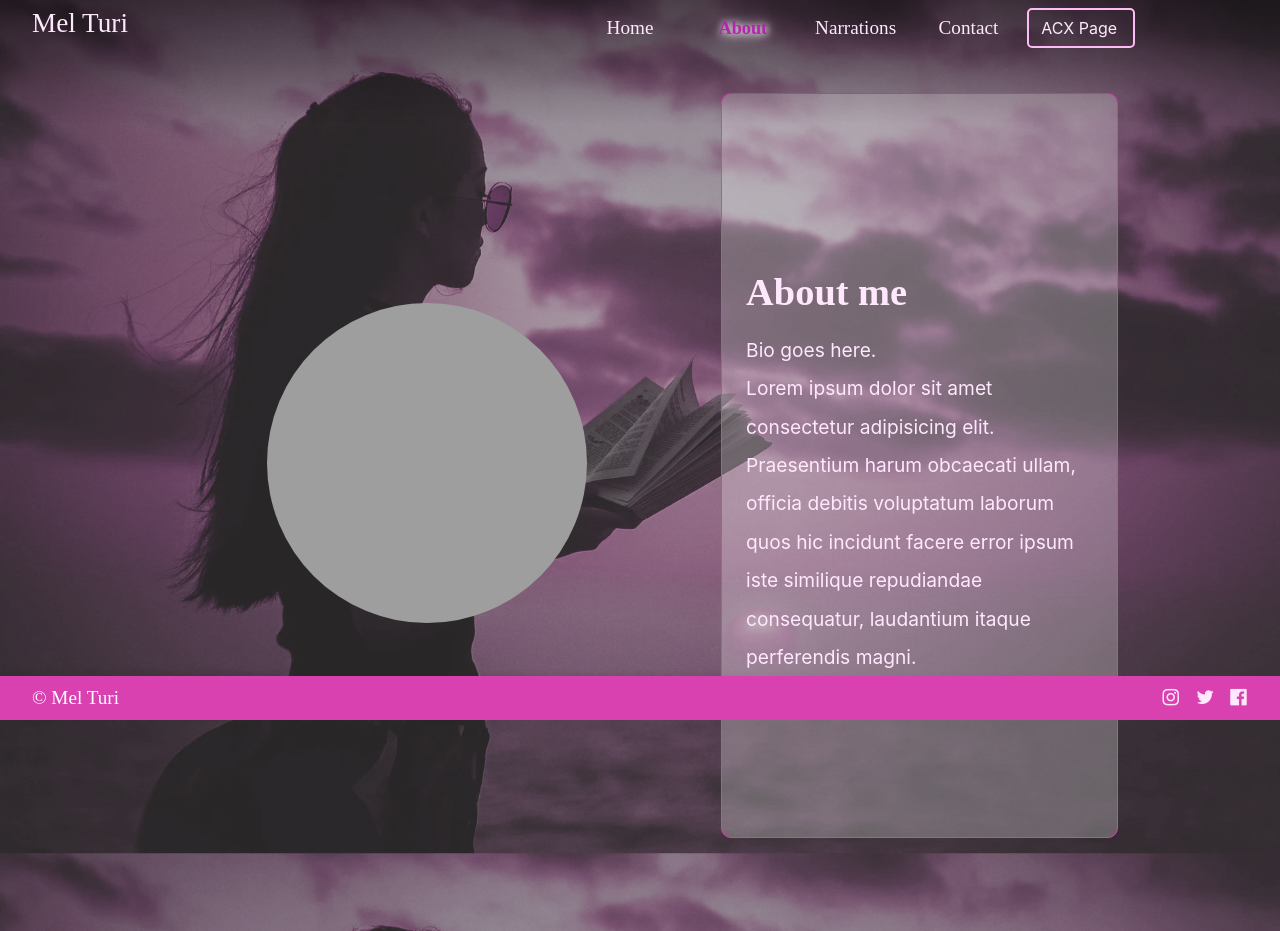
Repository: mel-turi/mel-turi-website
Page: /about
An editor plug-in stored every save of this project. The page is shown before and after the next save, followed by the edit.
The browser window is 1280 px wide. The pictures show the whole page.
Pictures or frames that could not be fetched are drawn as grey boxes. Backgrounds fixed to the window are drawn as part of the page. Some web fonts or font styles are not loaded; a fallback is used. The project was rebuilt for these pictures with package versions that can differ from the ones it lists, and the page was loaded fresh each time. Also part of the build but not shown: src/Main.jsx, src/Narrations.jsx, src/Contact.jsx.

Above is the page before, as saved 2019-08-27 19:29:37.

After the next save:
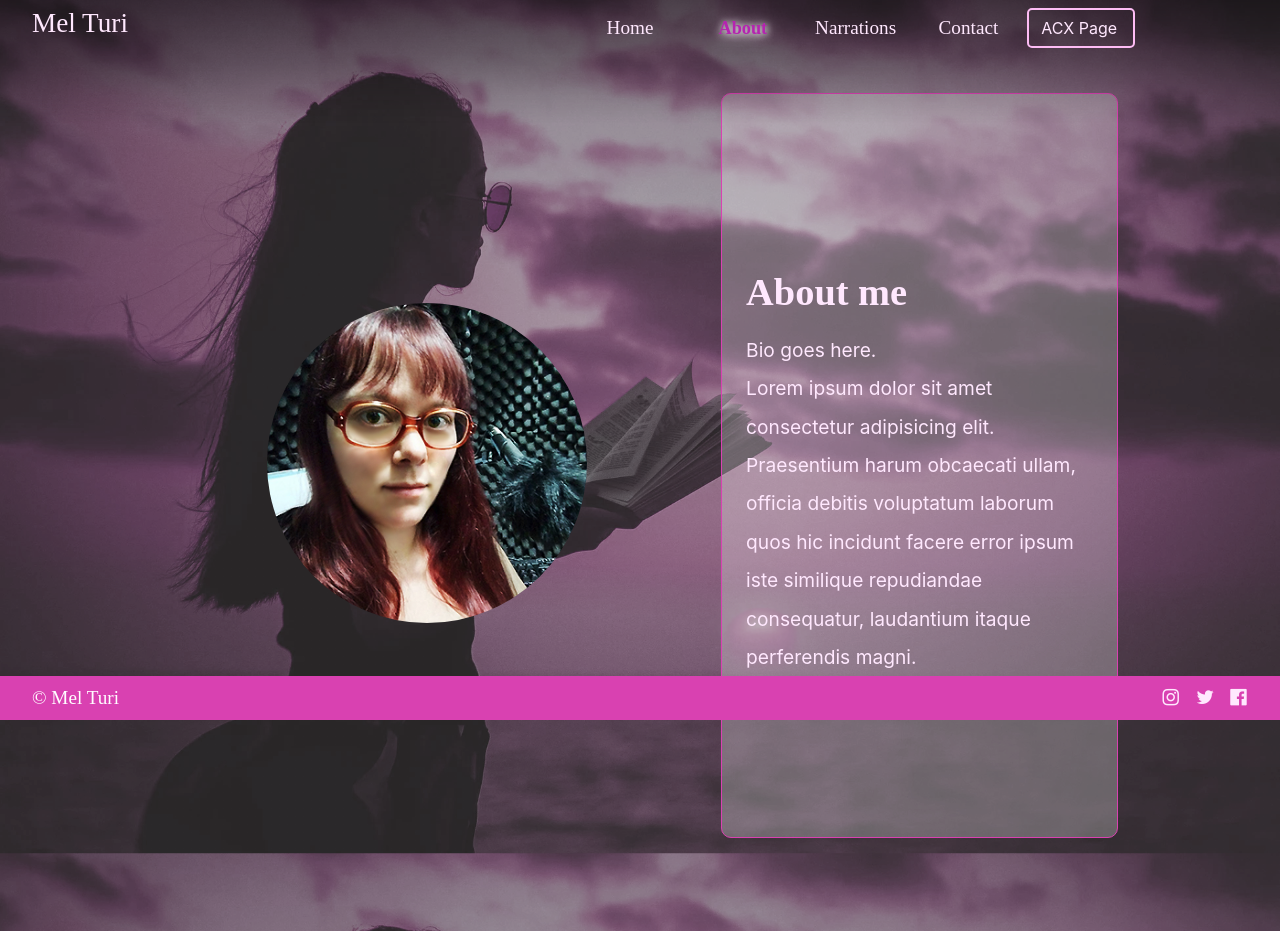
Saved 57 s later.
--- a/src/About.jsx
+++ b/src/About.jsx
@@ -1,6 +1,7 @@
 import React, { useEffect, useContext } from 'react';
 import Content from './Content';
 import { PageContext } from './PageContext';
+import profilePic from './assets/profilepic.png';
 
 const About = () => {
   // eslint-disable-next-line
@@ -24,7 +25,7 @@ const About = () => {
       secondaryContent: (
         <div className='about-1'>
           <div className='about2-contents'>
-            <img src={`src\assets\profilepic.png`} alt='profile pic' />
+            <img src={profilePic} alt='profile pic' />
           </div>
         </div>
       ),
